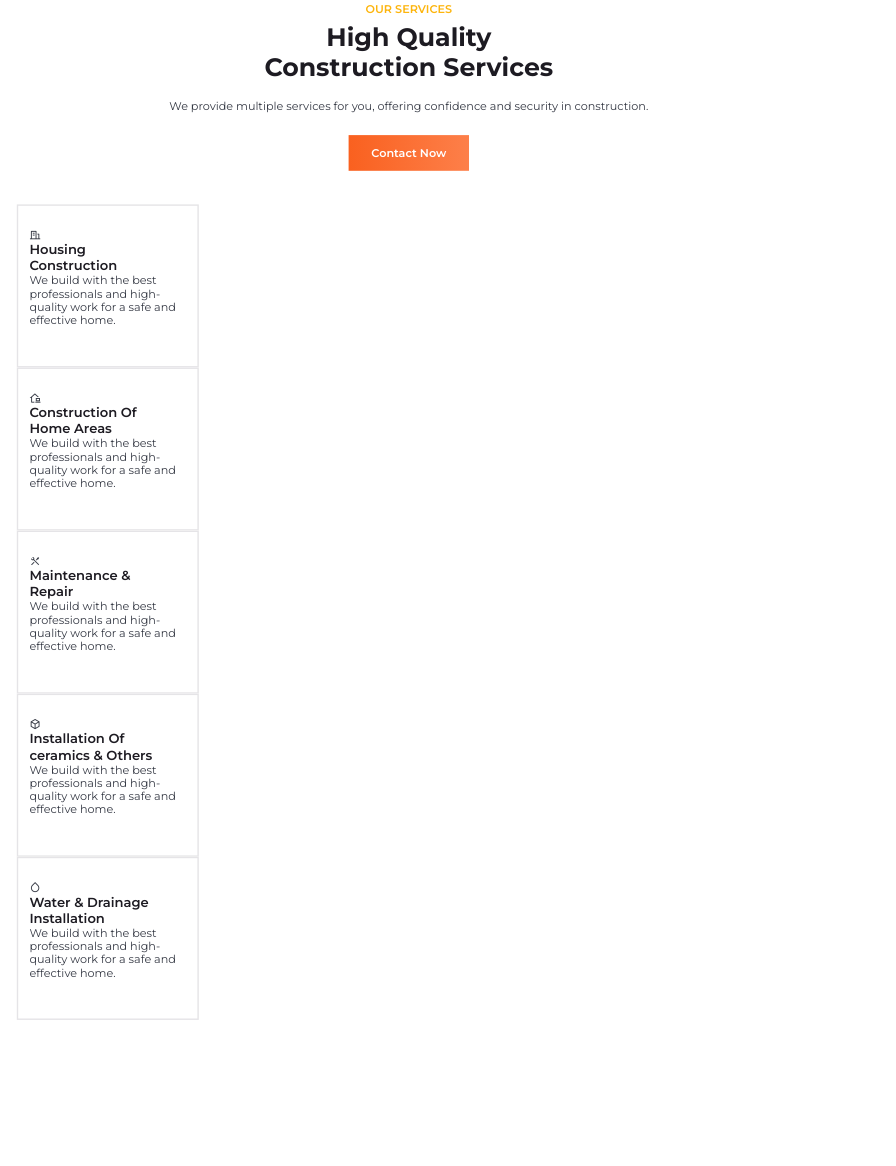
Repository: douglasabnovato/construction
Page: index.html
These files come from the project's save history. The page is drawn as it stood at one moment and after the next save; the edit follows.
The browser window is 1280 px wide. The pictures show the part of the page from y = 2740 to 4660 px (the page is 4405 px tall before and 4660 px after), at 70% of full size.

Above is the page before, as saved 2025-05-01 13:06:00.

After the next save:
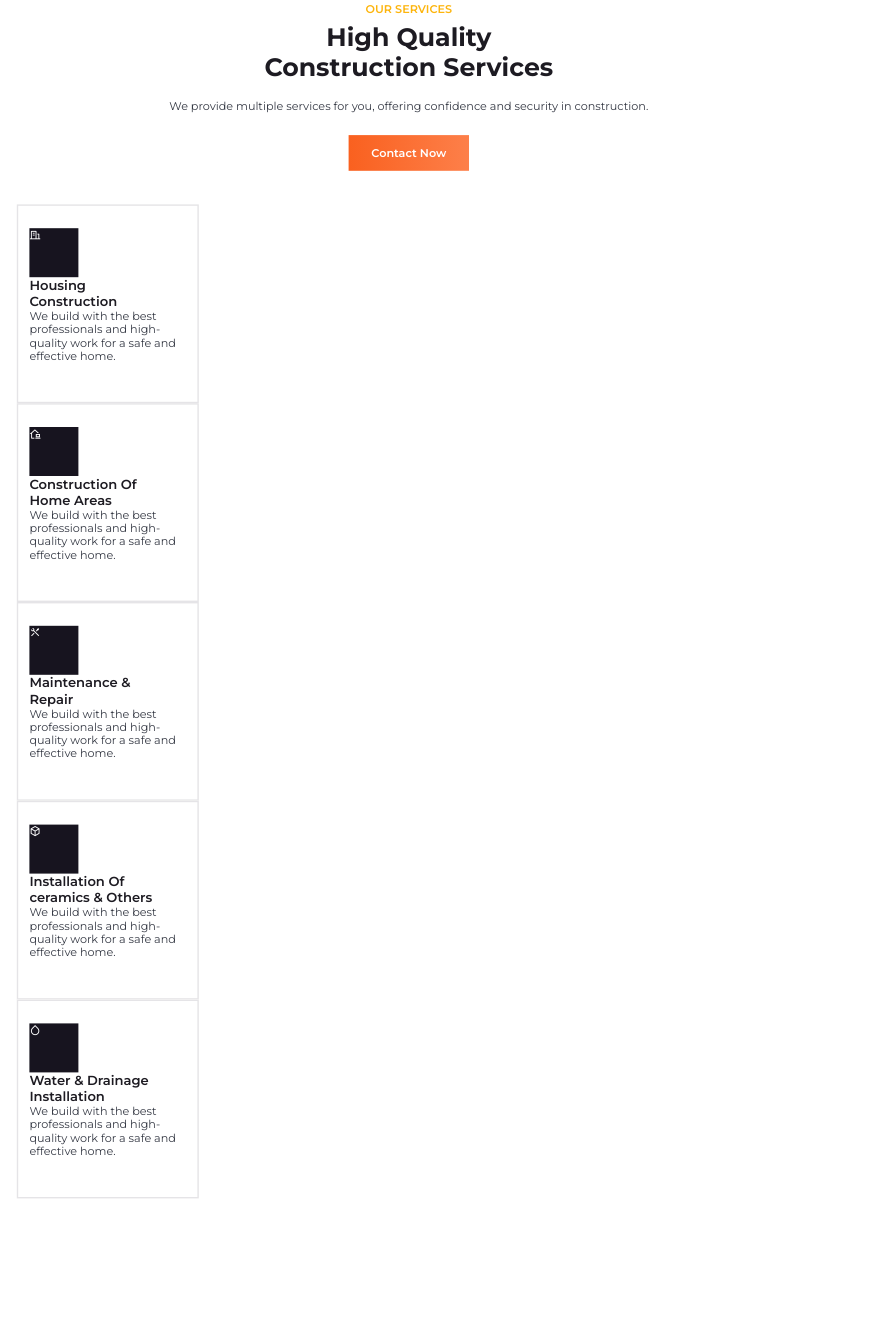
Saved 58 s later.
--- a/assets/css/styles.css
+++ b/assets/css/styles.css
@@ -433,6 +433,13 @@ img {
   border-color: var(--first-color);
 }
 
+.services__icon {
+  width: 70px;
+  height: 70px;
+  background-color: var(--black-color);
+  color: var(--white-color);
+}
+
 /* Swiper class */
 
 /*=============== PROJECTS ===============*/
